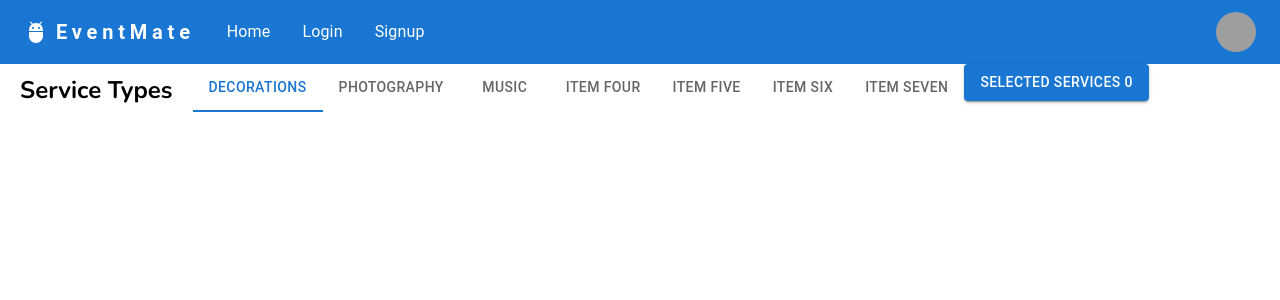
Repository: Farida-Yeasmin-Mim/EventMate_Frontend
Page: /filterpage
An editor plug-in stored every save of this project. The page is shown before and after the next save, followed by the edit.
The browser window is 1280 px wide. The pictures show the whole page.
Pictures or frames that could not be fetched are drawn as grey boxes. The page's requests for data from a server got no answer. The project was rebuilt for these pictures with package versions that can differ from the ones it lists, and the page was loaded fresh each time. No one was signed in, and anything a server would have sent is missing. Also part of the build but not shown: src/components/PostRequest.js, src/pages/auth/Login.js, src/components/seletionTextField/selectGender.js, src/pages/auth/Signup.js, src/components/vendor/RegVendor.js, src/components/offer.js, src/components/productcategories.js, src/components/icontabs.js and 15 more.

Above is the page before, as saved 2022-08-16 18:01:48.

### public/index.html
<!DOCTYPE html>
<html lang="en">
  <head>
    <meta charset="utf-8" />
    <link rel="icon" href="%PUBLIC_URL%/favicon.ico" />
    <meta name="viewport" content="width=device-width, initial-scale=1" />
    <meta name="theme-color" content="#000000" />
    <meta
      name="description"
      content="Web site created using create-react-app"
    />
    <link rel="apple-touch-icon" href="%PUBLIC_URL%/logo192.png" />

    <link href="https://fonts.googleapis.com/css2?family=Nunito:ital,wght@0,200;0,300;0,400;0,500;0,600;0,700;0,800;0,900;1,200;1,300;1,400;1,500;1,600;1,700;1,900&family=Raleway:ital,wght@0,100;0,200;0,300;0,400;0,500;0,600;0,700;0,800;0,900;1,100;1,200;1,300;1,400;1,500;1,600;1,700;1,800;1,900&display=swap"
    rel="stylesheet">

    <style>
      * {
        font-family: 'Nunito', sans-serif;
        margin: 0;
      }
    </style>

    <link rel="manifest" href="%PUBLIC_URL%/manifest.json" />

    <title>EventMate</title>
  </head>
  <body>
    <noscript>You need to enable JavaScript to run this app.</noscript>
    <div id="root"></div>

  </body>
</html>

### src/index.js
import React from 'react';
import ReactDOM from 'react-dom/client';
import './index.css';
import App from './App';
import reportWebVitals from './reportWebVitals';
import axios from 'axios';
import Context from './components/context/Context';

axios.defaults.baseURL = 'http://127.0.0.1:8000/api/'
// axios.defaults.baseURL = 'https://guarded-beach-16980.herokuapp.com/api/'
axios.defaults.headers.common['Authorization'] = 'Bearer ' + localStorage.getItem('token')

const root = ReactDOM.createRoot(document.getElementById('root'));
root.render(
  <React.StrictMode>
    <Context>
      <App />
    </Context>
  {/* <App/> */}
  </React.StrictMode>

);

// If you want to start measuring performance in your app, pass a function
// to log results (for example: reportWebVitals(console.log))
// or send to an analytics endpoint. Learn more: https://bit.ly/CRA-vitals
reportWebVitals();

### src/App.js
//import logo from './logo.svg';
import './App.css';
import Login from './pages/auth/Login';
import Signup from './pages/auth/Signup';
import Registration from './components/vendor/RegVendor';
import Offer from './components/Offer';
import ProductCategories from './components/productcategories';
import IconTabs from './components/icontabs';
//import DecorationCard from './components/cards/decoration';
import Services from './components/services';
import AddDecorationsForm from './pages/services/addDecorationsForm';
//import Home from './pages/Home';
import Navbar from './components/Navbar';
import Feed from './components/feed/Feed';
import Dashboard from './components/vendor/Dashboard';
import CreateEvent from './components/event/CreateEvent';
import OrderDetails from './components/event/OrderDetails';
import AppRouter from './components/AppRouter';
import FilterPage from './components/event/filter/FilterPage';
import Notification from './components/Notification';
import SearchBar from './components/event/filter/SearchBar';




function App() {
  return (
    <div className="App">
      {/*



      <Services></Services>
      <Offer></Offer>

      <Login></Login>
      <Signup></Signup>
      <Registration></Registration>
      <AddDecorationsForm></AddDecorationsForm> */}



    {/* <DecorationCard></DecorationCard>  */}
    {/* <ProductCategories></ProductCategories> */}
    {/* <Navbar/>   */}
    {/* <Home/> */}
    {/* <Feed/> */}
    {/* <Dashboard/> */}
    {/* <CreateEvent/> */}
    {/* <OrderDetails/> */}
    {/* <Home/> */}
    {/* <SearchBar/> */}

      {/* <AppRouter /> */}
      {/* */}
      {/* <IconTabs/> */}

      <Notification/>
      <AppRouter/>
      {/* <Home/>  */}
     {/* <FilterPage/> */}

    </div>
  );
}

export default App;

### src/components/context/Context.js
import React, { createContext, useContext, useReducer  } from 'react';
import { faker } from '@faker-js/faker';
import { cartReducer } from './Reducers';
import { dataList } from '../event/filter/constants';

const Cart = createContext();

function Context({children}) {
    // const products = [...Array(20)].map(() => ({
    //     id: faker.datatype.uuid(),
    //     name: faker.commerce.productName(),
    //     price: faker.commerce.price(),
    //     image: faker.image.fashion(),
    //     inStock: faker.helpers.arrayElement([0, 3, 5, 6, 7]),
    //     fastDelivery: faker.datatype.boolean(),
    //     ratings: faker.helpers.arrayElement([1, 2, 3, 4, 5]),
    //   }));
    const products = [...dataList];

      // console.log(products);
      const [state, dispatch] = useReducer(cartReducer, {
        products: products,
        cart: [],
      });


      return (
        <Cart.Provider value={{ state, dispatch }}>
          {children}
        </Cart.Provider>
      );
};

export const CartState = () => {
  return useContext(Cart);
};

export default Context;

### src/App.css
@import url('https://fonts.googleapis.com/css2?family=Raleway:ital,wght@0,100;0,200;0,300;0,400;0,500;0,600;0,700;0,800;0,900;1,100;1,200;1,300;1,400;1,500;1,600;1,700;1,800;1,900&display=swap');


*,
*::after,
*::before{
  margin: 0;
}

body{
  font-family: 'Raleway', sans-serif;
}

input{
  font-family: 'Raleway', sans-serif;
}

/* Chrome Safari and Opera */
/* scrollbar handle */
::-webkit-scrollbar{
  display: none;
}

body{
  -ms-overflow-style: none;   /*work on internet explorer and Edge*/
  scrollbar-width: none;      /*work on Firefox*/
}


.App-logo {
  height: 40vmin;
  pointer-events: none;
}

@media (prefers-reduced-motion: no-preference) {
  .App-logo {
    animation: App-logo-spin infinite 20s linear;
  }
}

.App-header {
  background-color: #282c34;
  min-height: 100vh;
  display: flex;
  flex-direction: column;
  align-items: center;
  justify-content: center;
  font-size: calc(10px + 2vmin);
  color: white;
}

.App-link {
  color: #61dafb;
}

@keyframes App-logo-spin {
  from {
    transform: rotate(0deg);
  }
  to {
    transform: rotate(360deg);
  }
}

### src/components/Navbar.js
import * as React from 'react';
import AppBar from '@mui/material/AppBar';
import Box from '@mui/material/Box';
import Toolbar from '@mui/material/Toolbar';
import IconButton from '@mui/material/IconButton';
import Typography from '@mui/material/Typography';
import Menu from '@mui/material/Menu';
import MenuIcon from '@mui/icons-material/Menu';
import Container from '@mui/material/Container';
import Avatar from '@mui/material/Avatar';
import Button from '@mui/material/Button';
import Tooltip from '@mui/material/Tooltip';
import MenuItem from '@mui/material/MenuItem';
import AdbIcon from '@mui/icons-material/Adb';
import { Link } from "react-router-dom";


// const pages = ['Home', 'About', 'Services', 'Contact Us', 'LogIn', 'SignUp'];
const settings = ['Profile', 'Account', 'Dashboard', 'Logout'];

const Navbar = () => {
  const [anchorElNav, setAnchorElNav] = React.useState(null);
  const [anchorElUser, setAnchorElUser] = React.useState(null);

  const handleOpenNavMenu = (event) => {
    setAnchorElNav(event.currentTarget);
  };
  const handleOpenUserMenu = (event) => {
    setAnchorElUser(event.currentTarget);
  };

  const handleCloseNavMenu = () => {
    setAnchorElNav(null);
  };

  const handleCloseUserMenu = () => {
    setAnchorElUser(null);
  };

  return (
    <AppBar position="static">
      <Container maxWidth="xl">
        <Toolbar disableGutters>
          <AdbIcon sx={{ display: { xs: 'none', md: 'flex' }, mr: 1 }} />


          {/* For Left side EventMate design */}
          <Typography
            variant="h6"
            noWrap
            component="a"
            href="/"
            sx={{
              mr: 2,
              display: { xs: 'none', md: 'flex' },
              fontWeight: 700,
              letterSpacing: '.3rem',
              color: 'inherit',
              textDecoration: 'none',
            }}
          >
            EventMate
          </Typography>

          <Box sx={{ flexGrow: 1, display: { xs: 'flex', md: 'none' } }}>
            <IconButton
              size="large"
              aria-label="account of current user"
              aria-controls="menu-appbar"
              aria-haspopup="true"
              onClick={handleOpenNavMenu}
              color='inherit'
            >
              <MenuIcon />
            </IconButton>


            <Menu
              id="menu-appbar"
              anchorEl={anchorElNav}
              anchorOrigin={{
                vertical: 'bottom',
                horizontal: 'left',
              }}
              keepMounted
              transformOrigin={{
                vertical: 'top',
                horizontal: 'left',
              }}
              open={Boolean(anchorElNav)}
              onClose={handleCloseNavMenu}
              sx={{
                display: { xs: 'block', md: 'none' },
              }}
            >

              {/* pages function for left bar */}
              {/* {pages.map((page) => (
                <MenuItem key={page} onClick={handleCloseNavMenu}>
                  <Typography textAlign="center">{page}</Typography>

                </MenuItem>
              ))} */}
              {/* <MenuItem><Link to="/">Home</Link></MenuItem>
              <MenuItem><Link to="/login">Login</Link></MenuItem>
              <MenuItem><Link to="/signup">Signup</Link></MenuItem> */}

            </Menu>
          </Box>


          {/* <AdbIcon sx={{ display: { xs: 'flex', md: 'none' }, mr: 1 }} />
          <Typography
            variant="h5"
            noWrap
            component="a"
            href=""
            sx={{
              mr: 2,
              display: { xs: 'flex', md: 'none' },
              flexGrow: 1,
              fontFamily: 'monospace',
              fontWeight: 700,
              letterSpacing: '.3rem',
              color: 'white',
              textDecoration: 'none',
            }}
          >
            EventMate
          </Typography> */}




           {/* left side pages button design */}
          {/* <Box sx={{ flexGrow: 1, display: { xs: 'none', md: 'flex' } }}>
            {pages.map((page) => (
              <Button
                key={page}
                onClick={handleCloseNavMenu}
                sx={{ my: 2, color: 'white', display: 'block' }}
              >
                {page}
              </Button>
            ))}
          </Box> */}
          {/* <Box sx={{ flexGrow: 1, display: { xs: 'none', md: 'flex' } }}>
              <Button
                key={page}
                onClick={handleCloseNavMenu}
                sx={{ my: 2, color: 'white', display: 'block' }}
              >


              </Button>
          </Box> */}

          <Box sx={{ flexGrow: 1, display: { xs: 'none', md: 'flex' } }}>
              <Link to="/" style={{ textDecoration: 'none', color: 'white', display: 'block', my: 2 }} ><MenuItem> Home</MenuItem></Link>
              <Link to="/login" style={{ textDecoration: 'none', color: 'white', display: 'block', my: 2 }}><MenuItem>Login</MenuItem></Link>
              <Link to="/signup" style={{ textDecoration: 'none', color: 'white', display: 'block', my: 2 }}><MenuItem>Signup</MenuItem></Link>
          </Box>



           {/* right side iconbar design*/}
          <Box sx={{ flexGrow: 0 }}>
            <Tooltip title="Open settings">
              <IconButton onClick={handleOpenUserMenu} sx={{ p: 0 }}>
                <Avatar alt="Remy Sharp" src="https://avatars.githubusercontent.com/u/76836136?s=400&u=6b029a033204aea30687591bedb424dcbfbea46a&v=4" />
              </IconButton>
            </Tooltip>


            <Menu
              sx={{ mt: '45px' }}
              id="menu-appbar"
              anchorEl={anchorElUser}
              anchorOrigin={{
                vertical: 'top',
                horizontal: 'right',
              }}
              keepMounted
              transformOrigin={{
                vertical: 'top',
                horizontal: 'right',
              }}
              open={Boolean(anchorElUser)}
              onClose={handleCloseUserMenu}
            >

              {/* settings function for right iconbar */}
              {/* {settings.map((setting) => (
                <MenuItem key={setting} onClick={handleCloseUserMenu}>
                  <Typography textAlign="center">{setting}</Typography>
                </MenuItem>
              ))} */}
              <Link to="/logout" style={{ textDecoration: 'none', color: 'gray', display: 'block', my: 2 }}><MenuItem><Typography textAlign="center">Logout</Typography></MenuItem></Link>

            </Menu>
          </Box>


        </Toolbar>
      </Container>
    </AppBar>
  );
};
export default Navbar;

### src/components/AppRouter.js
import React from 'react';
import { BrowserRouter as Router, Routes, Route } from "react-router-dom";
import Login from '../pages/auth/Login';
import Logout from '../pages/auth/Logout';
import Signup from '../pages/auth/Signup';
import Home from '../pages/Home';
import CreateEvent from './event/CreateEvent';
import OrderDetails from './event/OrderDetails';
import SelectServices from './event/SelectServices';
import Feed from './feed/Feed';
import Navbar from './Navbar';
import Dashboard from './vendor/Dashboard';
import Vendor_reg from './vendor/RegVendor';
import Offer from './Offer';
import ProductCategories from './productcategories';
import AddDecorationsForm from '../pages/services/addDecorationsForm';
import FilterPage from './event/filter/FilterPage';



function AppRouter(props) {
    return (
        <Router>

            <Navbar />
            <Routes>
                <Route path="/" exact element={<Home/>} />
                <Route path="/login" element={<Login/>} />
                <Route path="/logout" element={<Logout/>} />
                <Route path="/signup" element={<Signup/>} />
                <Route path="/feed" element={<Feed/>} />
                <Route path="/vendor_reg" element={<Vendor_reg/>} />
                <Route path="/vendor_dashboard" element={<Dashboard/>} />
                <Route path="/event_create" element={<CreateEvent/>} />
                <Route path="/productcategories" element={<ProductCategories/>} />
                <Route path="/select_services" element={<SelectServices/>} />
                <Route path="/Order_details" element={<OrderDetails/>} />
                <Route path="/Offer" element={<Offer/>} />
                <Route path="/addDecorationsForm" element={<AddDecorationsForm/>} />
                <Route path="/filterpage" element={<FilterPage/>} />

                {/* path="file name" element="file function" */}


            </Routes>

      </Router>
    );
}

export default AppRouter;

### src/components/event/filter/FilterPage.js
// import * as React from 'react';
// import Box from '@mui/material/Box';
// import Tab from '@mui/material/Tab';
// import TabContext from '@mui/lab/TabContext';
// import TabList from '@mui/lab/TabList';
// import TabPanel from '@mui/lab/TabPanel';

// export default function LabTabs() {
//     const [value, setValue] = React.useState('1');

//     const handleChange = (event, newValue) => {
//         setValue(newValue);
//     };

//     return (
//         <Box sx={{ width: '100%', typography: 'body1' }}>
//             <TabContext value={value}>
//                 <Box sx={{ borderBottom: 1, borderColor: 'divider' }}>
//                     <TabList onChange={handleChange} aria-label="lab API tabs example">
//                         <Tab label="Item One" value="1" />
//                         <Tab label="Item Two" value="2" />
//                         <Tab label="Item Three" value="3" />
//                     </TabList>
//                 </Box>
//                 <TabPanel value="1">Item One</TabPanel>
//                 <TabPanel value="2">Item Two</TabPanel>
//                 <TabPanel value="3">Item Three</TabPanel>
//             </TabContext>
//         </Box>
//     );
// }
import * as React from 'react';
import Tabs from '@mui/material/Tabs';
import Tab from '@mui/material/Tab';
import Box from '@mui/material/Box';
import { Grid } from '@mui/material';
import CartSide from './CartSide';

export default function ScrollableTabsButtonAuto() {
    const [value, setValue] = React.useState(0);

    const handleChange = (event, newValue) => {
        setValue(newValue);
    };

    return (
        <Grid container style={{ background: '#fff', margin: '0 0' }}>
            <Grid item spacing={2}>
                <h2 style={{ color: "#000", textAlign: "center", padding: "10px 20px", background: '#fff' }}>Service Types</h2>

            </Grid>
            <Grid item spacing={8}>

                <Box sx={{ maxWidth: { xs: 320, sm: 780 }, bgcolor: 'background.paper' }}>
                    <Tabs
                        value={value}
                        onChange={handleChange}
                        variant="scrollable"
                        scrollButtons="auto"
                        aria-label="scrollable auto tabs example"
                    >
                        <Tab label="Decorations" />
                        <Tab label="Photography" />
                        <Tab label="Music" />
                        <Tab label="Item Four" />
                        <Tab label="Item Five" />
                        <Tab label="Item Six" />
                        <Tab label="Item Seven" />
                    </Tabs>
                </Box>
            </Grid>
            <Grid item spacing={2}>
                <CartSide />
            </Grid>

        </Grid>

    );
}

### src/components/Notification.js
import React from 'react';
import Pusher from "pusher-js"
import Echo from 'laravel-echo';

function Notification(props) {

    const options = {
        broadcaster: 'pusher',
        // key: config.pusher.key,
        key: "5b9c0add29710ce63a0d",
        cluster: "ap2",
        forceTLS: "false",
        //authEndpoint is your apiUrl + /broadcasting/auth
        authEndpoint: "http://127.0.0.1:8000/broadcasting/auth",
        // As I'm using JWT tokens, I need to manually set up the headers.
        auth: {
          headers: {
            Authorization: 'Bearer ' + localStorage.getItem('token'),
            Accept: 'application/json',
          },
        },
      };
    const userId = 2;
    const echo = new Echo(options);
    echo.private(`App.User.${userId}`).notification((data) => {
        console.log(data.comment.body);
        window.alert(data.comment.body);
    });
    return (
        <div>

        </div>
    );
}

export default Notification;

### src/components/context/Reducers.js
export const cartReducer = (state, action) => {

    switch (action.type) {
      case "ADD_TO_CART":
        return { ...state, cart: [...state.cart, { ...action.payload, qty: 1 }] };
      case "REMOVE_FROM_CART":
        return {
          ...state,
          cart: state.cart.filter((c) => c.id !== action.payload.id),
        };
      // case "CHANGE_CART_QTY":
      //   return {
      //     ...state,
      //     cart: state.cart.filter((c) =>
      //       c.id === action.payload.id ? (c.qty = action.payload.qty) : c.qty
      //     ),
      //   };
      default:
        return state;
    }
  };

### src/components/event/filter/constants.js
import nacho from "./images/dishes/nacho-burger.jpg";


// For Category List
export const categoryList = [
    {
      id: 1,
      value: 'decoration',
      label: '💫 Decoration',
    },

    {
      id: 2,
      value: 'catering',
      label: '🍕 Catering',
    },
  ];

  // For Rating List
  export const ratingList = [
    {
      id: 1,
      value: '1',
      label: '1🌟',
    },
    {
      id: 2,
      value: '2',
      label: '2🌟',
    },
    {
      id: 3,
      value: '3',
      label: '3🌟',
    },
    {
      id: 4,
      value: '4',
      label: '4🌟',
    },
    {
      id: 5,
      value: '5',
      label: '5🌟',
    },
  ];


  // For side List
  export const dataList = [

    /*For Decoration*/
    {
      id: 1,
      title: 'Wedding Decoration 1',
      serviceTime: '7 days',
      deliveryFee: 3.44,
      category: 'decoration',
      decoration: 'Wedding',
      rating: 5,
      price: 2500,
      coverSrc: nacho,
    },
    {
      id: 2,
      title: 'Birthday Decoration 1',
      serviceTime: '15-20min',
      deliveryFee: 4.94,
      category: 'decoration',
      decoration: 'Birthday',
      rating: 4,
      price: 1000,
      coverSrc: 'https://m.media-amazon.com/images/I/81nU6clDgEL.jpg',
    },
    {
      id: 3,
      title: 'chow',
      serviceTime: '30-22min',
      deliveryFee: 4.94,
      category: 'decoration',
      decoration: 'Proposal',
      rating: 3,
      price: 2000,
      coverSrc: 'https://img.freepik.com/free-vector/night-ocean-landscape-full-moon-stars-shine_107791-7397.jpg?w=2000',
    },
    {
      id: 4,
      title: 'wharf seafood',
      serviceTime: '10-18min',
      deliveryFee: 2.14,
      category: 'decoration',
      decoration: 'Wedding',
      rating: 1,
      price: 1800,
      coverSrc: '/images/places/sea.jpg',
    },
    {
      id: 5,
      title: 'Tossin',
      serviceTime: '25-30min',
      deliveryFee: 6.79,
      category: 'decoration',
      decoration: 'Proposal',
      rating: 5,
      price: 2000,
      coverSrc: '/images/places/italiian.jpg',
    },
    {
      id: 6,
      title: 'stories noodles',
      serviceTime: '5-15min',
      deliveryFee: 2.87,
      category: 'decoration',
      decoration: 'Birthday',
      rating: 5,
      price: 3500,
      coverSrc: '/images/places/fookyew2.jpg',
    },

    /*For Catering*/
    {
      id: 7,
      title: 'Nacho cheeseburger',
      serviceTime: '50-65min',
      deliveryFee: 8.5,
      category: 'catering',
      decoration: 'american',
      rating: 2,
      price: 2200,
      coverSrc: '../filter/images/dishes/nacho-burger.jpg',
      // /images/dishes/nacho-burger.jpg
    },
    {
      id: 8,
      title: 'Mushroom Risotto',
      serviceTime: '10-15min',
      deliveryFee: 1.8,
      category: 'catering',
      decoration: 'italian',
      rating: 1,
      price: 1900,
      coverSrc: '/images/dishes/Mushroom-Risotto-Recipe-1-1200.jpg',
    },
    {
      id: 9,
      title: 'Shitake Fried Rice',
      serviceTime: '12-18min',
      deliveryFee: 3.33,
      category: 'catering',
      decoration: 'chinese',
      rating: 4,
      price: 2750,
      coverSrc: '/images/dishes/shiitake-salmon-fried-rice-0218-103230720.jpg',
    },
    {
      id: 10,
      title: 'Pesto chicken stew',
      serviceTime: '30-38min',
      deliveryFee: 1.9,
      category: 'catering',
      decoration: 'american',
      rating: 2,
      price: 4350,
      coverSrc: '/images/dishes/pesto-chicken.jpg',
    },
    {
      id: 11,
      title: 'Bruschetta',
      serviceTime: '16-20min',
      deliveryFee: 4.1,
      category: 'catering',
      decoration: 'italian',
      rating: 3,
      price: 3300,
      coverSrc: '/images/dishes/as-tomato-bruschetta-articleLarge.jpg',
    },
    {
      id: 12,
      title: 'Dim Sums',
      serviceTime: '24-30min',
      deliveryFee: 1.5,
      category: 'catering',
      decoration: 'chinese',
      rating: 2,
      price: 4100,
      coverSrc: '/images/dishes/dimsums.jpg',
    },
  ];

### src/components/event/filter/CartSide.js
import * as React from 'react';
import Box from '@mui/material/Box';
import Drawer from '@mui/material/Drawer';
import Button from '@mui/material/Button';
import List from '@mui/material/List';
import Divider from '@mui/material/Divider';
import ListItem from '@mui/material/ListItem';
import ListItemButton from '@mui/material/ListItemButton';
import ListItemIcon from '@mui/material/ListItemIcon';
import ListItemText from '@mui/material/ListItemText';
import InboxIcon from '@mui/icons-material/MoveToInbox';
import MailIcon from '@mui/icons-material/Mail';
import { CartState } from '../../context/Context';

export default function TemporaryDrawer() {
  const [state, setState] = React.useState({
    top: false,
    left: false,
    bottom: false,
    right: false,
  });
  const {state: {products, cart}} = CartState();


  const toggleDrawer = (anchor, open) => (event) => {
    if (event.type === 'keydown' && (event.key === 'Tab' || event.key === 'Shift')) {
      return;
    }

    setState({ ...state, [anchor]: open });
  };

  const list = (anchor) => (
    <Box
      sx={{ width: anchor === 'top' || anchor === 'bottom' ? 'auto' : 250 }}
      role="presentation"
      onClick={toggleDrawer(anchor, false)}
      onKeyDown={toggleDrawer(anchor, false)}
    >
      <List>
        {cart.map((product, index) => (
          <ListItem key={product.id} disablePadding>
            <ListItemButton>

              <ListItemText primary={product.title} />
            </ListItemButton>
          </ListItem>
        ))}
        {/* {['Inbox', 'Starred', 'Send email', 'Drafts'].map((text, index) => (
          <ListItem key={text} disablePadding>
            <ListItemButton>
              <ListItemIcon>
                {index % 2 === 0 ? <InboxIcon /> : <MailIcon />}
              </ListItemIcon>
              <ListItemText primary={text} />
            </ListItemButton>
          </ListItem>
        ))} */}
      </List>
      <Divider />
      <List>
        {['All mail', 'Trash', 'Spam'].map((text, index) => (
          <ListItem key={text} disablePadding>
            <ListItemButton>
              <ListItemIcon>
                {index % 2 === 0 ? <InboxIcon /> : <MailIcon />}
              </ListItemIcon>
              <ListItemText primary={text} />
            </ListItemButton>
          </ListItem>
        ))}
      </List>
    </Box>
  );

  return (
    <div>
      {['right'].map((anchor) => (
        <React.Fragment key={anchor}>
          {/* <Button onClick={toggleDrawer(anchor, true)}>{anchor} {cart.length}</Button> */}
          <Button
            variant='contained'
            color='primary'
            onClick={toggleDrawer(anchor, true)}>Selected Services {cart.length}</Button>
          <Drawer
            anchor={anchor}
            open={state[anchor]}
            onClose={toggleDrawer(anchor, false)}
          >
            {list(anchor)}
          </Drawer>
        </React.Fragment>
      ))}
    </div>
  );
}

Loaded but not shown: src/index.css (common file); src/reportWebVitals.js (common file)

After the next save:
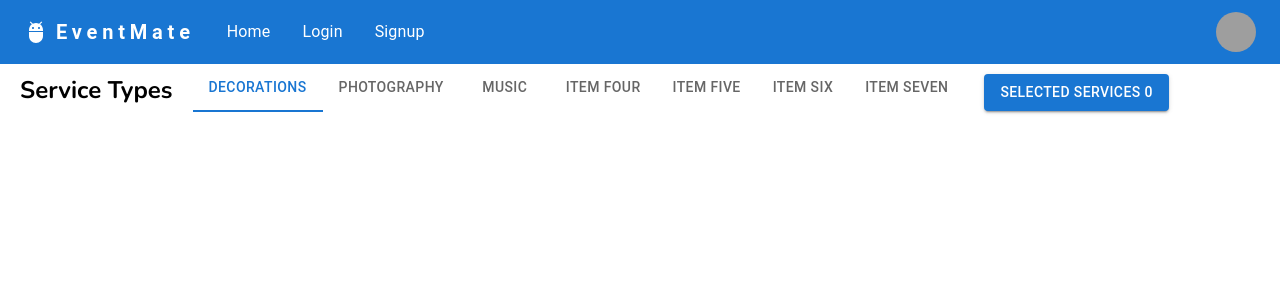
Saved 55 s later.
--- a/src/components/event/filter/FilterPage.js
+++ b/src/components/event/filter/FilterPage.js
@@ -69,7 +69,7 @@ export default function ScrollableTabsButtonAuto() {
                     </Tabs>
                 </Box>
             </Grid>
-            <Grid item spacing={2}>
+            <Grid item spacing={2} style={{ background: '#fff', padding: '10px 20px' }}>
                 <CartSide />
             </Grid>
 
